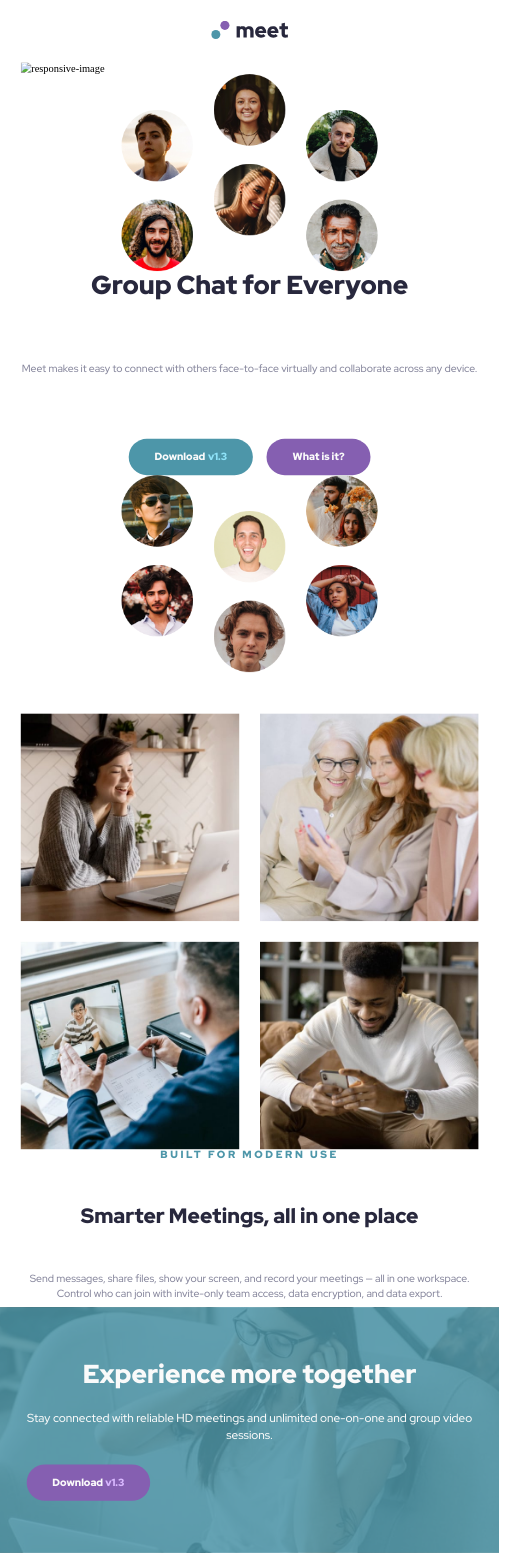
Repository: brandontaylor1/meet-landing-page
Page: index.html
These files come from the project's save history. The page is drawn as it stood at one moment and after the next save; the edit follows.
The browser window is 768 px wide. The page is 768 px wide, then 794 px, so the pictures cover 794 px, including what lies to the right of the window. The pictures show the whole page, at 65% of full size.

Above is the page before, as saved 2025-01-12 00:22:56.

### index.html
<!DOCTYPE html>
<html lang="en">
<head>
    <meta charset="UTF-8">
    <meta name="viewport" content="width=device-width, initial-scale=1.0">
    <link rel="preconnect" href="https://fonts.googleapis.com">
    <link rel="preconnect" href="https://fonts.gstatic.com" crossorigin>
    <link href="https://fonts.googleapis.com/css2?family=Red+Hat+Display:ital,wght@0,300..900;1,300..900&display=swap" rel="stylesheet">
    <link rel="stylesheet" href="styles.css">
    <title>Meet Landing Page</title>
</head>
<body>
    <nav class="navbar">
        <div class="logo-container">
            <img src="./assets/images/logo.svg" alt="meet logo">
        </div>
    </nav>
    <section class="hero-section">
        <img src="" class="responsive-image" alt="responsive-image">
        <img src="./assets/images/image-hero-left.png" class="hero-images"  id="left-faces" alt="Left Faces">
        <div class="hero-content">
            <h1>Group Chat for Everyone</h1>
            <p>Meet makes it easy to connect with others face-to-face virtually and collaborate across any device.</p>
            <div class="btn-container">
                <button class="hero-btn" id="downloadBtn">Download<span>v1.3</span></button>
                <button class="hero-btn" id="whatisitBtn">What is it?</button>
            </div>
        </div>
        <img src="./assets/images/image-hero-right.png" class="hero-images" id="right-faces" alt="Right Faces">
    </section>

    <section class="main-content">
        <div class="content">
            <div class="design-container">
                <div class="gray-line"></div>
                <div class="gray-circle">01</div>
            </div>
            <div class="image-container">
                <img src="./assets/images/image-woman-in-videocall.jpg" alt="woman on video call">
                <img src="./assets/images/image-women-videochatting.jpg" alt="women vidoechatting">
                <img src="./assets/images/image-men-in-meeting.jpg" alt="men in a meeting">
                <img src="./assets/images/image-man-texting.jpg" alt="man texting">
            </div>
            <div class="text-container">
                <h3>Built for Modern Use</h3>
                <h2>Smarter Meetings, all in one place</h2>
                <p>Send messages, share files, show your screen, and record your meetings — all in one workspace. Control who can join with invite-only team access, data encryption, and data export.</p>
            </div>
        </div>
    </section>
    <div class="design-container">
        <div class="gray-line"></div>
        <div class="gray-circle white">02</div>
    </div>
    <section class="footer">
        <div class="footer-grid">
            <h2>Experience more together</h2>
            <p>Stay connected with reliable HD meetings and unlimited one-on-one and group video sessions.</p>
            <button class="hero-btn" id="whatisitBtn">Download <span class="footer-span">v1.3</span></button>
        </div>
    </section>

</body>
</html>

### styles.css
* {
    margin: 0;
    padding: 0;
    box-sizing: border-box
}

:root {
    --color-white: #FAFAFA;
    --color-slate: #87879D;
    --color-lightslate: #D1D1DF;
    --color-darkslate: #28283D;
    --color-cyan: #4D96A9;
    --color-purple: #855FB1;
    --color-lightcyan: #8FE3F9;
    --color-lightpurple: #D9B8FF;

    font-size: 16px;

}

.white {
    background-color: var(--color-white);
}

.navbar {
    display: flex;
    padding: 5rem 5rem 0 5rem;
    flex-direction: column;
    justify-content: flex-end;
    align-items: center;
    gap: var(--spacing-100, .5rem);
    align-self: stretch;

}

.hero-section {
    display: flex;
    justify-content: space-between;
    align-items: center;
    padding: 4rem 5rem;
    height: auto;
    width: 100%;
}

.left-faces {
    padding-right: 95px;
    padding-bottom: 57px;
}

.right-faces {
    padding-left: 95px;
    padding-top: 57px;
}

.responsive-image {
    display: none;
}

.hero-content {
    display: flex;
    flex-direction: column;
    align-items: center;
    justify-content: space-between;
    width: 448px;
    height: 314px;

}

.hero-content h1 {
    font-family: "Red Hat Display", sans-serif;
    font-size: 4rem;
    font-weight: 900;
    line-height: 110%;
    color: var(--color-darkslate);
    text-align: center;
}

.hero-content p {
    font-family: "Red Hat Display", sans-serif;
    font-size: 18px;
    font-weight: 500;
    line-height: 150%;
    color: var(--color-slate);
    text-align: center;

}

.hero-btn {
    padding: 16px 40px;
    border-radius: 29px;
    border: none;

}

#downloadBtn {
    background-color: var(--color-cyan);
    color: var(--color-white);
    font-size: 16px;
    font-family: "Red Hat Display", sans-serif;
    font-weight: 900;
    line-height: 150%;
    margin-right: 8.5px;
}

#downloadBtn span {
    margin-left: 4px;
    color: var(--color-lightcyan);

}

#whatisitBtn {
    background-color: var(--color-purple);
    color: var(--color-white);
    font-size: 16px;
    font-family: "Red Hat Display", sans-serif;
    font-weight: 900;
    line-height: 150%;
    margin-left: 8.5px;
}

.main-content {
    display: flex;
    flex-direction: column;
    align-items: center;
    justify-content: center;
    height: 883px;
    padding: 56px 80px 72px 80px;
}

.content {
    display: flex;
    flex-direction: column;
    align-items: center;
    justify-content: space-between;
    height: 755px;
}

.design-container {
    display: flex;
    justify-content: center;
    align-items: center;
    flex-direction: column;

}

.gray-line {
    width: 1px;
    height: 80px;
    background-color:  var(--color-lightslate);
    z-index: 5;
}

.gray-circle {
    width: 56px;
    height: 56px;
    display: flex;
    align-items: center;
    justify-content: center;
    border-radius: 50%;
    border: 1px solid var(--color-lightslate);
    color: var(--color-slate);
    font-size: 16px;
    font-family: "Red Hat Display", sans-serif;
    font-weight: 900;
    line-height: 150%;
    z-index: 5;
}

.image-container {
    display: grid;
    grid-template-columns: repeat(4, 1fr);
    gap: 32px;
}

.image-container img {
    width: 256px;
    height: auto;
}

.text-container {
    width: 500px;
    height: 235px;
    display: flex;
    flex-direction: column;
    align-items: center;
    justify-content: space-between;
}

.text-container h3 {
    font-family: "Red Hat Display", sans-serif;
    font-size: 16px;
    font-weight: 900;
    line-height: 110%;
    text-transform: uppercase;
    letter-spacing: 4px;
    color: var(--color-cyan);
}

.text-container h2 {
    font-family: "Red Hat Display", sans-serif;
    font-size: 40px;
    font-style: normal;
    font-weight: 900;
    line-height: 110%;
    text-align: center;
    color: var(--color-darkslate);
}

.text-container p {
    font-family: "Red Hat Display", sans-serif;
    font-size: 18px;
    font-style: normal;
    font-weight: 500;
    line-height: 150%;
    text-align: center;
    color: var(--color-slate)
}


.footer {
    padding: 7rem 5rem;
    display: flex;
    align-items: center;
    justify-content: center;
    background-image: url("./assets/images/image-footer.jpg");
    background-size: cover;
    background-position: center;
    background-repeat: no-repeat;
    margin-top: -1.5rem;
    position: relative;
    z-index: 0;
}

.footer-grid {
    display: flex;
    align-items: flex-start;
    justify-content: center;
    grid-template-columns: repeat(3, 1fr);
    width: 70rem;
    gap: 32px;
    z-index: 2;

}

.footer-grid h2 {
    font-family: "Red Hat Display", sans-serif;
    font-size: 2.5rem;
    font-weight: 900;
    line-height: 110%;
    color: var(--color-white);
    width: 27rem;
}

.footer-grid p {
    font-family: "Red Hat Display", sans-serif;
    font-size: 1.125rem;
    font-weight: 500;
    line-height: 150%;
    color: var(--color-white);
    width: 22rem;
}

.footer::before {
    content: "";
    position: absolute;
    top: 0;
    left: 0;
    width: 100%;
    height: 100%;
    background-color: hsla(192, 37%, 48%, 0.85); /* Adjust the color and opacity as needed */
    z-index: 1;
}

.footer-span {
    color: var(--color-lightpurple)
}


@media screen and (max-width: 768px) {
    .navbar {
        padding: 2rem 2rem 0 2rem;
    }

    .hero-section {
        padding: 2rem 2rem;
        flex-direction: column;
    }

    .left-faces {
        padding-right: 0;
        padding-bottom: 0;
    }

    .right-faces {
        padding-left: 0;
        padding-top: 0;
    }

    .responsive-image {
        display: block;
        width: 100%;
        height: auto;
    }

    .hero-content {
        width: 100%;
    }

    .hero-content h1 {
        font-size: 2.5rem;
    }

    .hero-content p {
        font-size: 1rem;
    }

    .main-content {
        padding: 2rem 2rem;
        height: auto;
    }

    .content {
        height: auto;
    }

    .gray-line {
        display: none;
    }

    .gray-circle {
        display: none;
    }

    .image-container {
        grid-template-columns: repeat(2, 1fr);
    }

    .image-container img {
        width: 100%;
    }

    .text-container {
        width: 100%;
    }

    .text-container h3 {
        font-size: 1rem;
    }

    .text-container h2 {
        font-size: 2rem;
    }

    .text-container p {
        font-size: 1rem;
    }

    .footer {
        padding: 5rem 2rem;
    }

    .footer-grid {
        width: 100%;
        flex-direction: column;
        gap: 2rem;
    }

    .footer-grid h2 {
        width: 100%;
        text-align: center;
    }

    .footer-grid p {
        width: 100%;
        text-align: center;
    }

    .footer::before {
        content: "";
        position: absolute;
        top: 0;
        left: 0;
        width: 100%;
        height: 100%;
        background-color: hsla(192, 37%, 48%, 0.85); /* Adjust the color and opacity as needed */
        z-index: 1;
    }
}

After the next save:
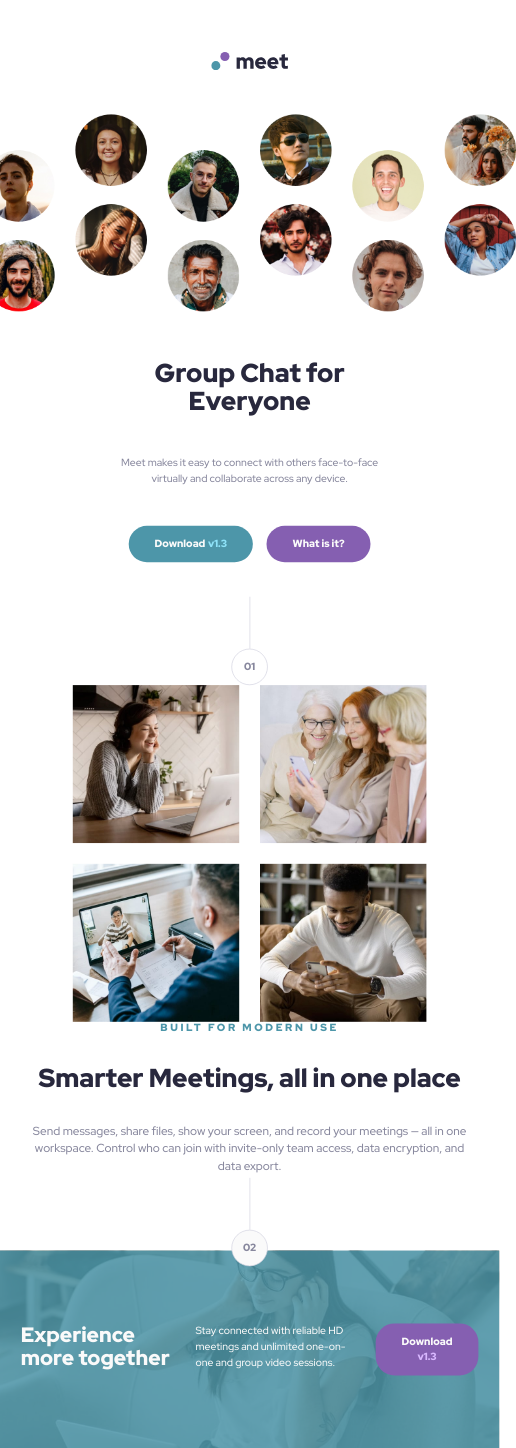
Saved 53 s later.
--- a/styles.css
+++ b/styles.css
@@ -276,34 +276,47 @@
 }
 
 
+@media screen and (max-width: 1375px) {
+    .hero-section {
+        padding: 4rem 2rem;
+        flex-direction: column;
+        justify-content: space-between;
+        align-items: center;
+    }
+
+    .hero-content {
+        margin-top: 72px;
+    }
+
+    .hero-content h1 {
+        font-size: 3rem;
+    }
+
+    .hero-content p {
+        font-size: 16px;
+    }
+
+    .hero-images {
+        display: none;
+    }
+
+    .responsive-image {
+        display: inline-block;
+        content: url("./assets/images/tablet/image-hero.png");
+
+    }
+}
+
 @media screen and (max-width: 768px) {
-    .navbar {
-        padding: 2rem 2rem 0 2rem;
-    }
-
     .hero-section {
-        padding: 2rem 2rem;
+        padding: 4rem 2rem;
         flex-direction: column;
-    }
-
-    .left-faces {
-        padding-right: 0;
-        padding-bottom: 0;
-    }
-
-    .right-faces {
-        padding-left: 0;
-        padding-top: 0;
-    }
-
-    .responsive-image {
-        display: block;
-        width: 100%;
-        height: auto;
+        justify-content: space-between;
+        align-items: center;
     }
 
     .hero-content {
-        width: 100%;
+        margin-top: 72px;
     }
 
     .hero-content h1 {
@@ -311,78 +324,52 @@
     }
 
     .hero-content p {
-        font-size: 1rem;
+        font-size: 16px;
+    }
+
+    .hero-images {
+        display: none;
+    }
+
+    .responsive-image {
+        display: inline-block;
+        content: url("./assets/images/mobile/image-hero.png");
+
     }
 
     .main-content {
-        padding: 2rem 2rem;
-        height: auto;
+        padding: 56px 40px 72px 40px;
     }
 
     .content {
         height: auto;
     }
 
-    .gray-line {
-        display: none;
-    }
-
-    .gray-circle {
-        display: none;
-    }
-
     .image-container {
         grid-template-columns: repeat(2, 1fr);
     }
 
-    .image-container img {
-        width: 100%;
-    }
-
     .text-container {
         width: 100%;
     }
 
-    .text-container h3 {
-        font-size: 1rem;
-    }
-
-    .text-container h2 {
-        font-size: 2rem;
-    }
-
-    .text-container p {
-        font-size: 1rem;
-    }
-
     .footer {
-        padding: 5rem 2rem;
+        padding: 7rem 2rem;
     }
 
     .footer-grid {
         width: 100%;
-        flex-direction: column;
-        gap: 2rem;
+        gap: 16px;
     }
 
     .footer-grid h2 {
+        font-size: 2rem;
         width: 100%;
-        text-align: center;
     }
 
     .footer-grid p {
+        font-size: 1rem;
         width: 100%;
-        text-align: center;
-    }
-
-    .footer::before {
-        content: "";
-        position: absolute;
-        top: 0;
-        left: 0;
-        width: 100%;
-        height: 100%;
-        background-color: hsla(192, 37%, 48%, 0.85); /* Adjust the color and opacity as needed */
-        z-index: 1;
-    }
-}
+    }
+
+}
